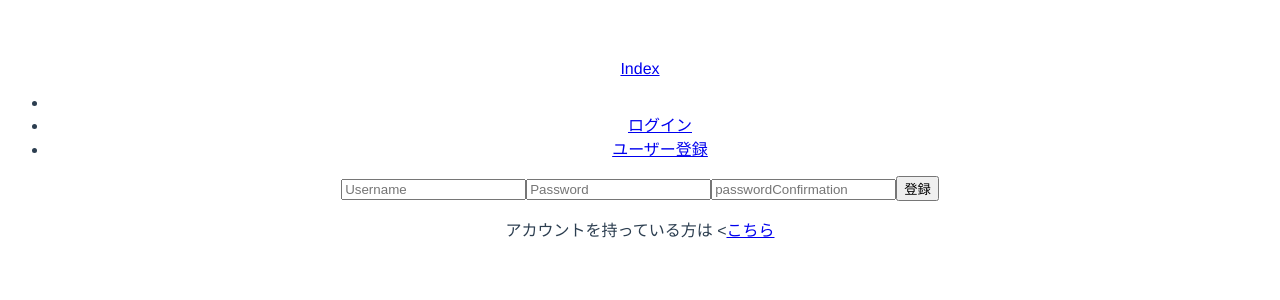
Repository: dododoSA/chat-app
Page: /signup (app in front/)
These files come from the project's save history. The page is drawn as it stood at one moment and after the next save; the edit follows.
The browser window is 1280 px wide. The pictures show the whole page.
The project was rebuilt for these pictures with package versions that can differ from the ones it lists, and the page was loaded fresh each time. Also part of the build but not shown: front/vue.config.js, front/src/components/HelloWorld.vue, front/src/components/Top.vue, front/src/components/Login.vue.

Above is the page before, as saved 2019-09-03 15:02:58.

### front/src/App.vue
<template>
  <div id="app">
    <nav class="navbar navbar-expand navbar-dark bg-dark">
      <router-link to="/">Index</router-link>
      <ul class="navbar-nav mr-auto">
        <li class="nav-item">
            <!--a-- class="nav-link" href="{{path('logout')}}">ログアウト</!--a-->
        </li>
        <li class="nav-item">
          <router-link to="/login">ログイン</router-link>
        </li>
        <li class="nav-item">
          <router-link to="/signup">ユーザー登録</router-link>
        </li>
      </ul>
    </nav>

    <router-view></router-view>
  </div>
</template>

<script>
import HelloWorld from './components/HelloWorld.vue'

export default {
  name: 'app',
  components: {
    HelloWorld
  }
}
</script>

<style>
#app {
  font-family: 'Avenir', Helvetica, Arial, sans-serif;
  -webkit-font-smoothing: antialiased;
  -moz-osx-font-smoothing: grayscale;
  text-align: center;
  color: #2c3e50;
  margin-top: 60px;
}
</style>

### front/src/router.js
import Vue from 'vue'
import VueRouter from 'vue-router'

import Top from './components/Top'
import Login from './components/Login'
import Signup from './components/Signup'

Vue.use(VueRouter);

export default new VueRouter({
    mode: 'history',
    routes: [
        {
            path: '/',
            name: 'Top',
            component:Top
        },
        {
            path: '/login',
            name: 'Login',
            component: Login
        },
        {
            path: '/signup',
            name: 'Signup',
            component: Signup
        }
    ]
})

### front/src/components/Signup.vue
<template>
    <div class="signup">
        <input type="text" placeholder="Username" v-model="username">
        <input type="password" placeholder="Password" v-model="password">
        <input type="password" placeholder="passwordConfirmation" v-model="passwordConfirmation">
        <button @click="signUp">登録</button>
        <p>
            アカウントを持っている方は
            <<router-link to="/login">こちら</router-link>
        </p>
    </div>
</template>

<script>
export default {
    name: 'Signup'
}
</script>

Loaded but not shown: front/public/index.html (common file); front/src/main.js (common file)

After the next save:
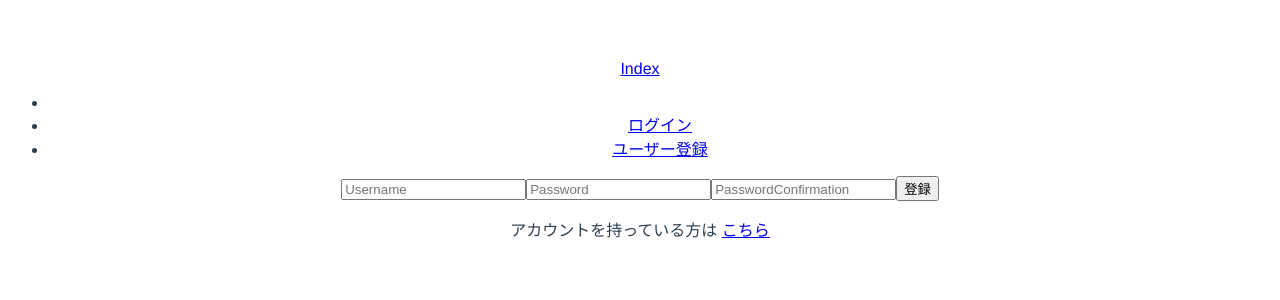
Saved 67 s later.
--- a/front/src/components/Signup.vue
+++ b/front/src/components/Signup.vue
@@ -2,11 +2,11 @@
     <div class="signup">
         <input type="text" placeholder="Username" v-model="username">
         <input type="password" placeholder="Password" v-model="password">
-        <input type="password" placeholder="passwordConfirmation" v-model="passwordConfirmation">
+        <input type="password" placeholder="PasswordConfirmation" v-model="passwordConfirmation">
         <button @click="signUp">登録</button>
         <p>
             アカウントを持っている方は
-            <<router-link to="/login">こちら</router-link>
+            <router-link to="/login">こちら</router-link>
         </p>
     </div>
 </template>
